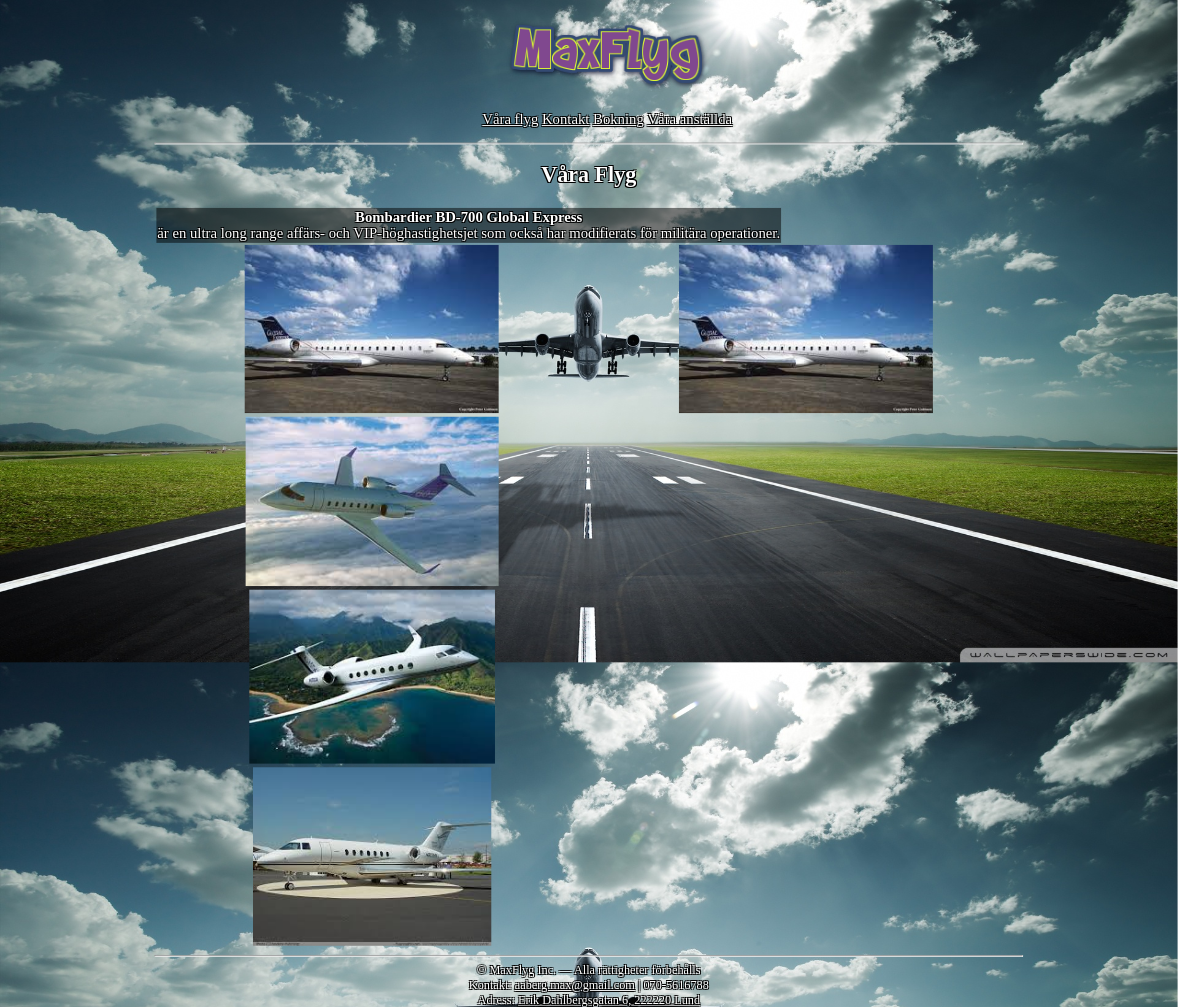
Repository: Maxenboy/Computer-Engineering-BA-A-Web-Programming-with-HTML5-CSS3-and-JavaScript-DT146G
Page: Mittuniversitet/Lab3/airplanes.html
These files come from the project's save history. The page is drawn as it stood at one moment and after the next save; the edit follows.
The browser window is 1280 px wide. The pictures show the whole page, at 92% of full size.
Backgrounds fixed to the window are drawn as part of the page.

Above is the page before, as saved 2014-09-18 17:51:14.

### Mittuniversitet/Lab3/airplanes.html
<!DOCTYPE html>
<!--  Max Åberg
mabe1411
aaberg.max@gmail.com   -->

<html>
	<head>
		<meta charset="utf-8" />
		<title>MaxFlyg</title>
		<link type="text/css" rel="stylesheet" href="css/main.css">
		<link rel="shortcut icon" type="image/png" href="img/icon.png">
		<script src="js/main.js"></script>
	</head>
	<body>
		<header >

			<ul>
				<li>
					<a class="special" href="index.html"><img   src="img/logga.png" alt="MaxFlyg logga"/></a>
				</li>
			</ul>
			<ul>

				<li>
					<a href="">Våra flyg</a>
				</li>
				<li>
					<a href="contact.html">Kontakt</a>
				</li>
				<li>
					<a href="booking.html">Bokning</a>
				</li>
				<li>
					<a href="employees.html">Våra anställda</a>
				</li>
			</ul>
			<hr />
		</header>

		<section>
			<h1>Våra Flyg </h1>
			<table  class="table">
				<tr>
					<td colspan="3" class="span" id="description" ><strong> Bombardier BD-700 Global Express </strong>
					<br/>
					är en ultra long range affärs- och VIP-höghastighetsjet som också har modifierats för militära operationer.</td>
				</tr>
			</table>
			<div id="wrapper" >
				<div >
					<img  src="img/global.jpg" alt="Bombardier BD-700 Global Express" id="global" onclick="LoadImage('global')"/>
					<img src="img/challenger.jpg" alt="Bombardier Challenger 600-serien" id="challenger" onclick="LoadImage('challenger')" />
					<div >
						<img src="img/gulfstream.jpg" alt="Gulfstream" id="gulf" onclick="LoadImage('gulf')" />
						<img src="img/hawker.jpg" alt="Hawker 800" id="hawk" onclick="LoadImage('hawk')" />
					</div>
				</div>
				<div >
					<img  src="img/global.jpg" alt="Bombardier BD-700 Global Express" id="big"/>
				</div>
			</div>

		</section>
		<footer>
			<hr/>
			&copy; MaxFlyg Inc. &mdash; Alla rättigheter förbehålls
			<br/>
			Kontakt: <a href="mailto:aaberg.max@gmail.com">aaberg.max@gmail.com</a> | 070-5616788
			<br/>
			Adress: <a href="contact.html"> Erik Dahlbergsgatan 6, 222220 Lund</a>
		</footer>

	</body>

</html>

### Mittuniversitet/Lab3/css/main.css
/*  Max Åberg
 mabe1411
 aaberg.max@gmail.com   */

@media handheld and (max-width: 480px) , screen and (max-width: 480px) {
	html {
		color: white;
		text-shadow: -1px -1px 0 #000, 1px -1px 0 #000, -1px 1px 0 #000, 1px 1px 0 #000;
		margin: 0 auto;
		width: 200px;
		text-align: center;
		background: url(../img/background.jpg) no-repeat center center fixed;
		-webkit-background-size: cover;
		-moz-background-size: cover;
		-o-background-size: cover;
		background-size: cover;
		height: 100%
	}

	li {
		display: inline;
	}
	a:link, a:visited {
		color: white;
		text-shadow: -1px -1px 0 #000, 1px -1px 0 #000, -1px 1px 0 #000, 1px 1px 0 #000;
	}
	.table img {
		width: 59px;
		height: 47px;
		vertical-align: middle;
	}
	.span img {
		width: 119px;
		height: 94px;
	}
}
@media only screen and (min-width: 481px) and (max-width: 1024px) {
	html {
		color: white;
		text-shadow: -1px -1px 0 #000, 1px -1px 0 #000, -1px 1px 0 #000, 1px 1px 0 #000;
		margin: 0 auto;
		width: 500px;
		text-align: center;
		background: url(../img/background.jpg) no-repeat center center fixed;
		-webkit-background-size: cover;
		-moz-background-size: cover;
		-o-background-size: cover;
		background-size: cover;
		height: 100%
	}

	li {
		display: inline;
	}
	a:link, a:visited {
		color: white;
		text-shadow: -1px -1px 0 #000, 1px -1px 0 #000, -1px 1px 0 #000, 1px 1px 0 #000;
	}
	footer {
		font-size: smaller;
	}
	.table img {
		width: 119px;
		height: 94px;
		vertical-align: middle;
	}
	.span img {
		width: 238px;
		height: 188px;
	}

	.span {
		width: 100%;
		background-color: rgba(0, 0, 0, .5);
	}
	.opac {
		background-color: rgba(0, 0, 0, .2);
	}

}
@media only screen and (min-width: 1025px) {
	html {
		color: white;
		text-shadow: -1px -1px 0 #000, 1px -1px 0 #000, -1px 1px 0 #000, 1px 1px 0 #000;
		margin: 0 auto;
		width: 960px;
		text-align: center;
		background: url(../img/background.jpg) no-repeat center center fixed;
		-webkit-background-size: cover;
		-moz-background-size: cover;
		-o-background-size: cover;
		background-size: cover;
		height: 100%
	}

	li {
		display: inline;
	}
	a:link, a:visited {
		color: white;
		text-shadow: -1px -1px 0 #000, 1px -1px 0 #000, -1px 1px 0 #000, 1px 1px 0 #000;
	}
	footer {
		font-size: smaller;
	}
	.table img {
		width: 238px;
		height: 188px;
		vertical-align: middle;
	}

	.span {
		width: 100%;
		background-color: rgba(0, 0, 0, .5);
	}
	.span img {
		width: 476px;
		height: 376px;
	}
	.opac {
		background-color: rgba(0, 0, 0, .2);
	}
	.map {
		height: 500px;
		width: 600px;
		text-shadow: none;
		color: black;
	}
	.small img {
		width: 150px;
		height: 150px;
		vertical-align: middle;
	}
	#wrapper {
		width: 100%;
		overflow: hidden;
	}
	#wrapper div {
		display: table-cell;
		width: 472px;
		vertical-align: middle float : left;
		width: 30%;
		margin-right: 1%;
		margin-bottom: 0.5em;
	}
}
@media print {
	html {
		text-align: center;
	}
	li {
		display: inline;
	}
	.map {
		height: 500px;
		width: 600px;
		text-shadow: none;
		color: black;
	}
}

### Mittuniversitet/Lab3/js/main.js
/*  Max Åberg
 mabe1411
 aaberg.max@gmail.com   */
var s, sUsrAg = navigator.userAgent, url;

function getBrowser() {
	navigator = window.navigator;

	if (sUsrAg.indexOf("Chrome") > -1) {
		s = "Google Chrome";
	} else if (sUsrAg.indexOf("Safari") > -1) {
		s = "Apple Safari";
	} else if (sUsrAg.indexOf("Opera") > -1) {
		s = "Opera";
	} else if (sUsrAg.indexOf("Firefox") > -1) {
		s = "Mozilla Firefox";
	} else if (sUsrAg.indexOf("MSIE") > -1) {
		s = "Microsoft Internet Explorer";
	} else {
		document.write("Undefined browser");
	}
	return s;
}

function LoadImage(name) {
	document.getElementById("big").src = document.getElementById(name).src;
	switch(name) {
	case "global":
		document.getElementById("description").innerHTML = "<strong> Bombardier BD-700 Global Express </strong><br/>	är en ultra long range affärs- och VIP-höghastighetsjet som också har modifierats för militära operationer.";
		break;
	case "challenger":
		document.getElementById("description").innerHTML = "<strong> Bombardier Challenger 600-serien</strong><br/>	är en familj av affärsjetplan designade av Bill Lear och producerade först av Canadair, tills det köptes upp av Bombardier Aerospace under 1986, och sedan av Bombardier.";
		break;
	case "gulf":
		document.getElementById("description").innerHTML = "<strong>Gulfstream</strong><br/>V och G-V SP är affärsjetflygplan tillverkade av General Dynamics' Gulfstream Aerospace i Savannah, Georgia, USA. De används också av den amerikanska militären under beteckningen C-37A.";
		break;
	case "hawk":
		document.getElementById("description").innerHTML = "<strong>Hawker 800 </strong><br/>är ett mellanstort tvåmotorig affärsflygplan. Det är en utveckling av British Aerospace BAe 125, och monteras av Hawker Beechcraft.";
		break;
	case "CEO":
		document.getElementById("description").innerHTML = "<strong> Max Åberg<br/>CEO/Developer/Founder</strong>";
		break;
	case "pilot":
		document.getElementById("description").innerHTML = "<strong>Pilot Sökes</strong><br/> Skicka gärna in din ansökan här: <a href=mailto:aaberg.max@gmail.com>aaberg.max@gmail.com</a>";
		break;
	case "co":
		document.getElementById("description").innerHTML = "<strong> Co-Pilot Sökes</strong><br/> Skicka gärna in din ansökan här: <a href=mailto:aaberg.max@gmail.com>aaberg.max@gmail.com</a>";
		break;
	case "steward":
		document.getElementById("description").innerHTML = "<strong> Flygvärdinna Sökes </strong><br/> Skicka gärna in din ansökan här: <a href=mailto:aaberg.max@gmail.com>aaberg.max@gmail.com</a>";
		break;
	default:
		document.getElementById("description").innerHTML = "<strong> Bombardier BD-700 Global Express </strong><br/>	är en ultra long range affärs- och VIP-höghastighetsjet som också har modifierats för militära operationer.";
		break;
	}
}

After the next save:
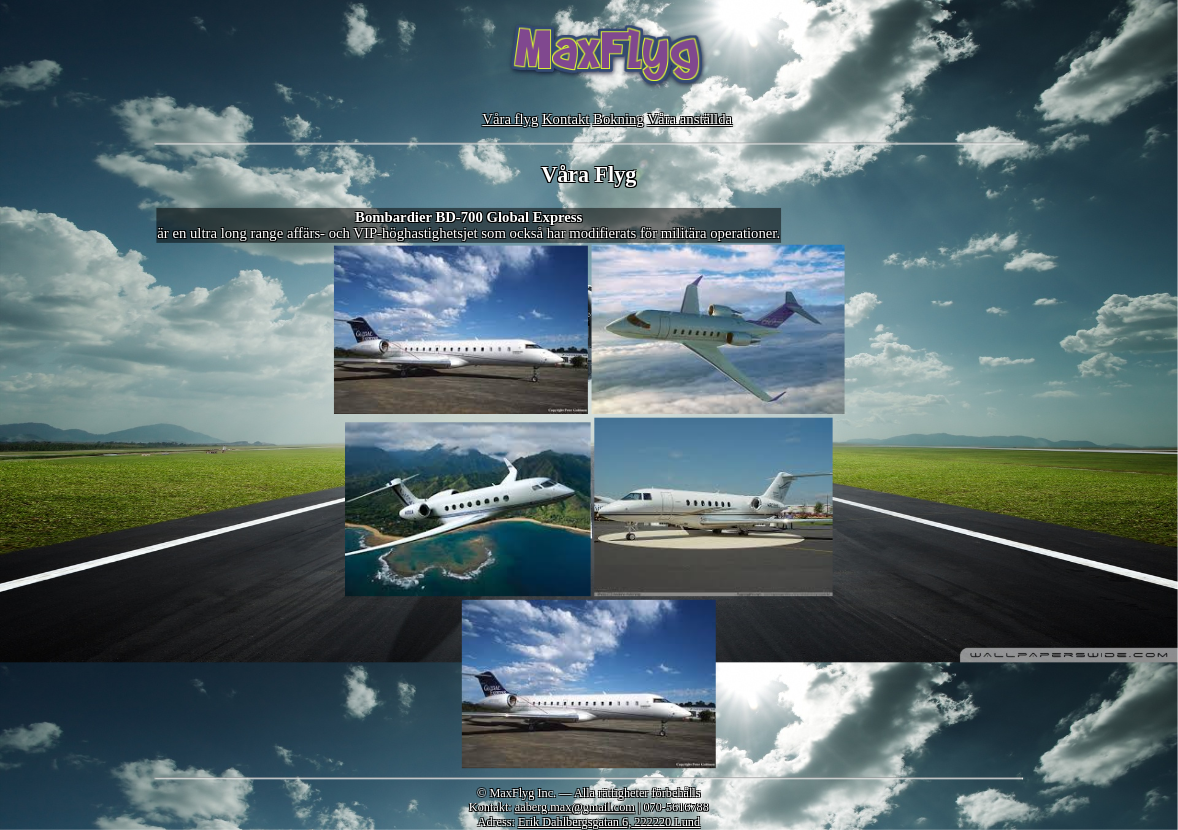
Saved 79 s later.
--- a/Mittuniversitet/Lab3/css/main.css
+++ b/Mittuniversitet/Lab3/css/main.css
@@ -131,14 +131,8 @@
 		height: 150px;
 		vertical-align: middle;
 	}
-	#wrapper {
-		width: 100%;
-		overflow: hidden;
-	}
-	#wrapper div {
-		display: table-cell;
-		width: 472px;
-		vertical-align: middle float : left;
+	.gallery {
+		float: left;
 		width: 30%;
 		margin-right: 1%;
 		margin-bottom: 0.5em;
